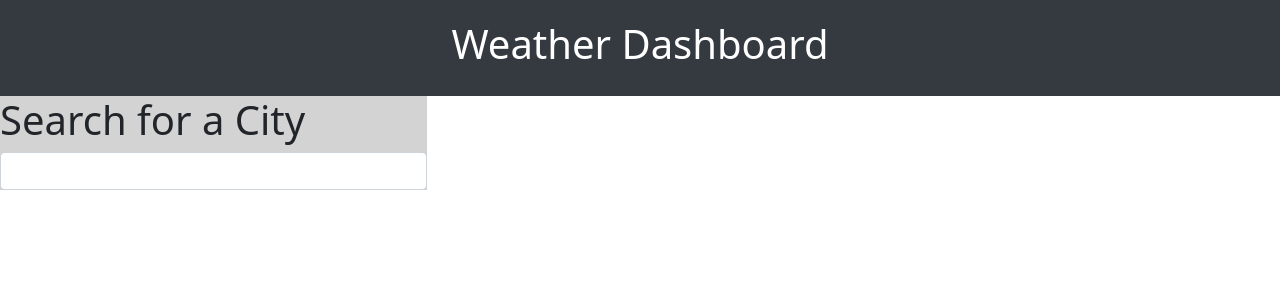
Repository: ziffoit/Weather_Dashboard
Page: index.html
The author's editor kept a copy of each file at every save. The page is drawn from the files as they stood at one save, then again after the next save.
The browser window is 1280 px wide. The pictures show the whole page.

Above is the page before, as saved 2021-03-25 13:56:12.

### index.html
<!DOCTYPE html>
<html lang="en">
  <head>
    <meta charset="UTF-8" />
    <meta name="viewport" content="width=device-width, initial-scale=1.0" />
    <link
      href="https://cdn.jsdelivr.net/npm/bootstrap@5.0.0-beta3/dist/css/bootstrap.min.css"
      rel="stylesheet"
      integrity="sha384-eOJMYsd53ii+scO/bJGFsiCZc+5NDVN2yr8+0RDqr0Ql0h+rP48ckxlpbzKgwra6"
      crossorigin="anonymous"
    />
    <link rel="stylesheet" href="./Assets/style.css" />
    <title>Document</title>
  </head>
  <body>
    <header id="header">
      <h1>Weather Dashboard</h1>
    </header>
    <aside class="col-md-4">
      <h1>Search for a City</h1>
      <input type="text" class="form-control" />
    </aside>
    <section class="col-lg-8">
      <section></section>
      <section></section>
    </section>
  </body>
</html>

### Assets/style.css
#header {
  text-align: center;
  background-color: #343a40;
  padding: 20px;
}

header > h1 {
  color: white;
}

aside {
  background-color: lightgray;
  float: left;
}

#main {
  float: right;
}

.card-body {
  background-color: lightgreen;
  margin: 8px;
}

After the next save:
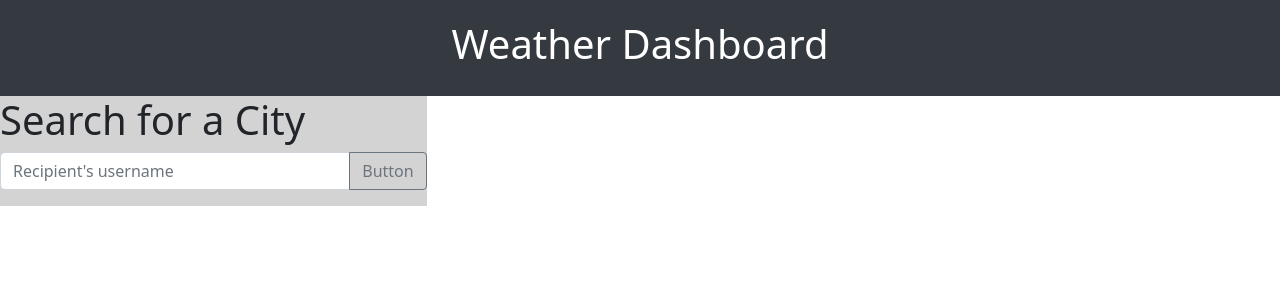
Saved 10 min 44 s later.
--- a/index.html
+++ b/index.html
@@ -18,7 +18,23 @@
     </header>
     <aside class="col-md-4">
       <h1>Search for a City</h1>
-      <input type="text" class="form-control" />
+      <div class="input-group mb-3">
+        <input
+          type="text"
+          class="form-control"
+          placeholder="Recipient's username"
+          aria-label="Recipient's username"
+          aria-describedby="button-addon2"
+        />
+        <button
+          class="btn btn-outline-secondary"
+          type="button"
+          id="button-addon2"
+        >
+          Button
+        </button>
+      </div>
+      <div></div>
     </aside>
     <section class="col-lg-8">
       <section></section>
